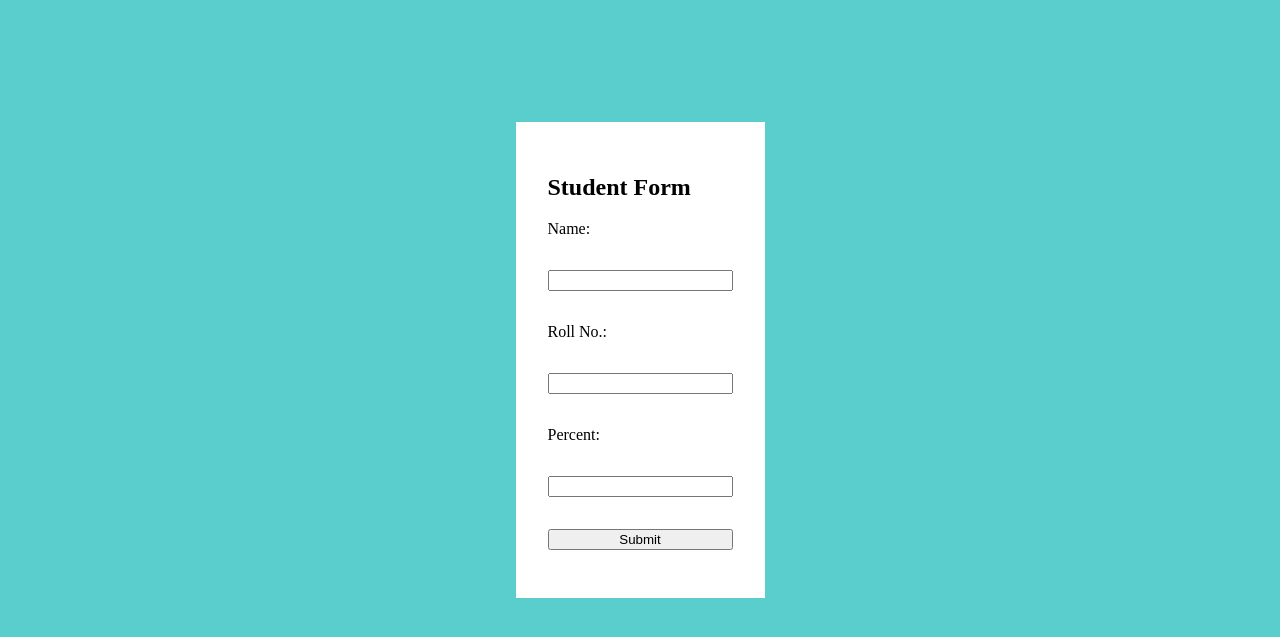
Repository: deeptimahisare1206/Todo_List
Page: http://localhost/Hib_Nest/
An editor plug-in stored every save of this project. The page is shown before and after the next save, followed by the edit.
The browser window is 1280 px wide. The pictures show the whole page.
The page is served by Tomcat 10. Other server files are loaded and not shown.

Above is the page before, as saved 2024-11-09 10:54:54.

### Hib_Nest/src/main/webapp/index.jsp
<%@ page language="java" contentType="text/html; charset=UTF-8"
	pageEncoding="UTF-8"%>
<html>
<head>
<style>

body {
	display: grid;
	place-items: center;
	background-color: #5acdcd;

}

div{
padding:2rem;
	background-color: white;
}
form{
	display: flex;
	flex-direction: column;
	gap: 2rem;
}
</style>
</head>
<body>
<div>
	<h2>Student Form</h2>

	<form action="Register" method="get">
		<label>Name:</label><input type="text" name="name"><label>Roll
			No.: </label> <input type="number" name="roll"> <label>Percent:
		</label><input type="number" name="percent"> <input type="submit"
			value="Submit">
	</form>
	</div>
</body>
</html>

After the next save:
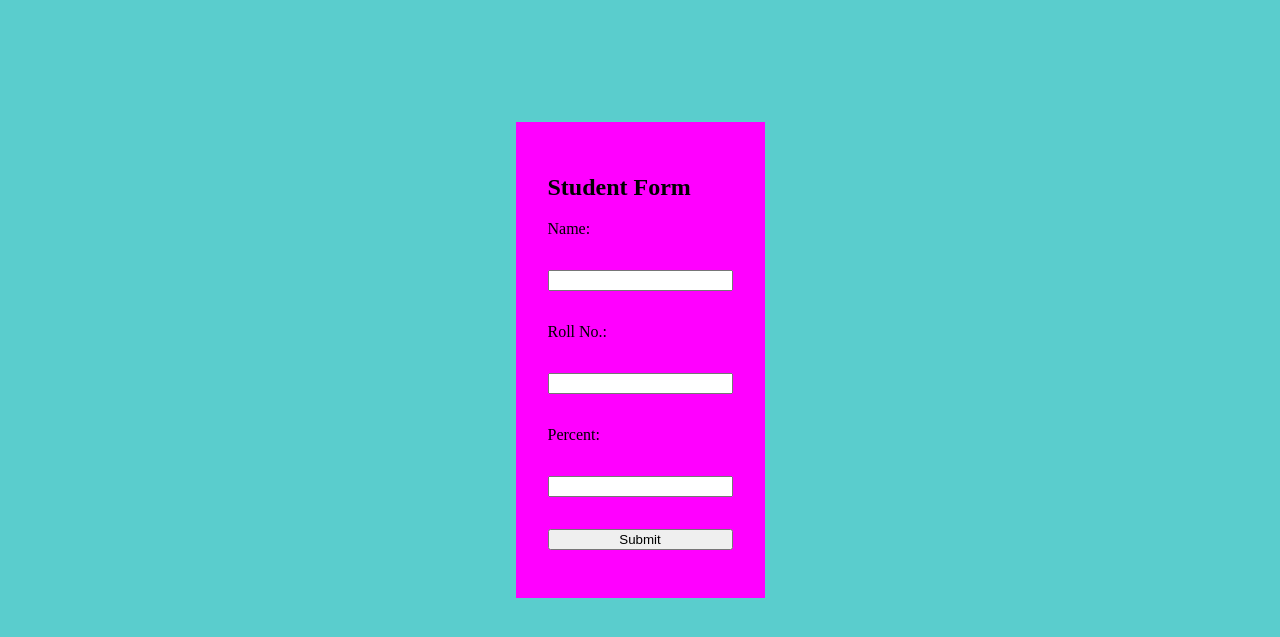
Saved 19 s later.
--- a/Hib_Nest/src/main/webapp/index.jsp
+++ b/Hib_Nest/src/main/webapp/index.jsp
@@ -13,7 +13,7 @@ body {
 
 div{
 padding:2rem;
-	background-color: white;
+	background-color: fuchsia;
 }
 form{
 	display: flex;
